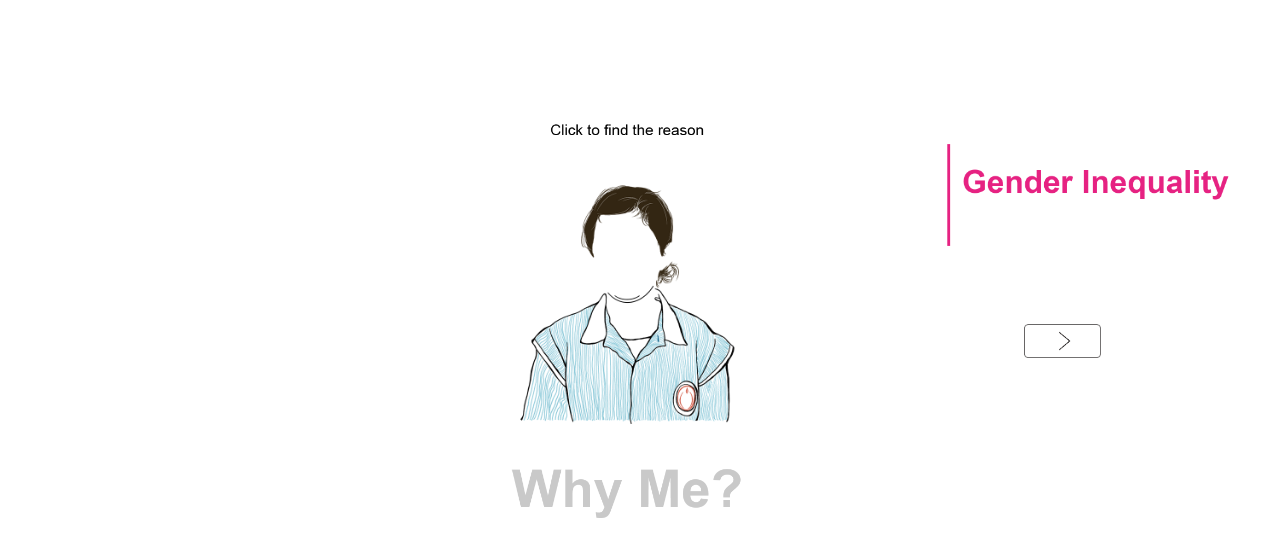
Repository: Lettie123/webpr4
Page: gen.html
The author's editor kept a copy of each file at every save. The page is drawn from the files as they stood at one save, then again after the next save.
The browser window is 1280 px wide. The pictures show the whole page.

Above is the page before, as saved 2020-12-03 01:08:06.

### gen.html
<html>
    <head>
        <meta charset="UTF-8">
        <meta name="viewport" content="width=device-width,initial-scale=1" />
        <meta name="viewport" content="width=device-width,initial-scale=1.0,maximum-scale=1.0,user-scalable=no">
        <link rel="stylesheet" type="text/css" href="style06.css">

    </head>

    <body>

            <div id="t1" style= "width:12%; position:absolute; top: 17%; left: 43%;">
                <img src="txt/find.png" style="width:100% ;position:absolute; top:0%; left:0%;" >
            </div>

        <div>
        </div>
        <div id="whymegirl" style="width:20%; position:absolute; top:25%; left:0%;">
            <span>
                <img src="po/14.png" style="width:100% ;" >
            </span>
        </div>
        <div id="whyme"style="width:18%; position:absolute; top:69%; left:49%;">
            <span>
                <img src="txt/whyme0.png" style="width:100% ;" >
            </span>
        </div>
        <div id="chatb" style="display:none; width:27%; position:absolute; top:10%; left:7%;  ">
            <img src="reason/cbox.png" style="width:100%;" >
        </div>

        <div id="others" onclick="change3()" style="display: none; width: 13%; position: absolute; top: 66%; left:13%;">
            <img src="txt/others.png" style="width:100%;" >
        </div>
        <div id="begain" onclick="change0()" style="width:6%; position:absolute; top:45%; left:80%;">
            <img src="img/right.png" style="width:100%;">
        </div>


        <div id="block" style="display: none;">
            <span>
                <div id="r01" style="display: none;">
                <img src="reason/gen01.png" style="width:40% ;position:absolute; top:40%; left:13%;" >
                </div>
            </span>
        </div>
        <div id="blockb" style="display: none;"></div>
        <div id="block3">

        </div>
        <div id="TXT">
        <div id="txt1" style="position:absolute; top:10%; left:7.5%; width:26%; display:none;">
            <img src="txt/cgen01.png" style="width:100%;" >
        </div>
        <div id="txt2" style="position:absolute; top:10%; left:7.5%; width:14%; display:none;">
            <img src="txt/cgen02.png" style="width:100%;" >
        </div>
        <div id="txt3" style="position:absolute; top:10%; left:7.5%; width:26%; display:none;">
            <img src="txt/cgen03.png" style="width:100%;" >
        </div>
        </div>


        <div id="lmap" style="display:none;">
            <img src="pepic/lmap.png" style="width:18%; position:absolute; top:28%; left:50%;" >
        </div>

        <div id="gs" style="display:none;">
            <img src="pepic/girl1.png" style="width:13%; position:absolute; top:33%; left:50%;" >
        </div>
        <div id="gs1"  style="display:none;">
            <img src="pepic/girl.gif" style="width:13%; position:absolute; top:33%; left:50%;" >
        </div>


        <div id="block2" style="display:none; position:absolute; top:40%; left:75%; width:20%;">
            <img src="txt/leblaw.png" style="width:100%;" >
        </div>

        <div id="line1" style="display:none;"></div>

        <div id="why" onclick="change1()" style="display: none; width: 13%; position: absolute; top: 50%; left:13%;">
                <img src="txt/whybu.png" style="width:100%;" >
        </div>


        <div id="lmap2">
        </div>
        <div id="map"  style="display:none;">
            <!-- <img src="pepic/map.png" style="width:78%; position:absolute; top:-6%; left:0%;" >  -->
            <img src="map/01.png" style="width:9%; position:absolute; top:7.5%; left:3%;" >
            <img src="map/02.png" style="width:9%; position:absolute; top:7.5%; left:11%;">
            <img src="map/03.png" style="width:9%; position:absolute; top:7.5%; left:19%;">
            <img src="map/04.png" style="width:9%; position:absolute; top:7.5%; left:27%;">
            <img src="map/05.png" style="width:9%; position:absolute; top:7.5%; left:36%;">
            <img src="map/06.png" style="width:9%; position:absolute; top:7.5%; left:44%;">
            <img src="map/07.png" style="width:9%; position:absolute; top:7.5%; left:53%;">
            <img src="map/08.png" style="width:9%; position:absolute; top:32%; left:3%;">
            <img src="map/09.png" style="width:9%; position:absolute; top:32%; left:11%;">
            <img src="map/10.png" style="width:9%; position:absolute; top:32%; left:19%;">
            <img src="map/11.png" style="width:9%; position:absolute; top:32%; left:27%;">
            <img src="map/12.png" style="width:9%; position:absolute; top:32%; left:36%;">
            <img src="map/13.png" style="width:9%; position:absolute; top:32%; left:45%;">
            <img src="map/14.png" style="width:9%; position:absolute; top:32%; left:53%;">
            <img src="map/15.png" style="width:9%; position:absolute; top:55%; left:3%;">
            <img src="map/16.png" style="width:9%; position:absolute; top:55%; left:11%;">
            <img src="map/17.png" style="width:9%; position:absolute; top:55%; left:19%;">
            <img src="map/18.png" style="width:9%; position:absolute; top:55%; left:27%;">
            <img src="map/19.png" style="width:9%; position:absolute; top:55%; left:36%;">
            <img src="map/20.png" style="width:9%; position:absolute; top:55%; left:45%;">
            <img src="map/21.png" style="width:9%; position:absolute; top:55%; left:53%;">
            <img src="map/22.png" style="width:9%; position:absolute; top:78%; left:3%;">
            <img src="map/23.png" style="width:9%; position:absolute; top:78%; left:12%;">
            <img src="map/24.png" style="width:9%; position:absolute; top:77%; left:19%;">
            <img src="map/25.png" style="width:9%; position:absolute; top:78%; left:27%;">
        </div>


        <div id="bcross1" style="display:none;">
            <div id="cross01"
            onmouseenter="document.getElementById('info01').style.display='block';"
            onmouseout="document.getElementById('info01').style.display='none';">
            <img src="pepic/crossa.png" style="width:5%; position:absolute; top:10%; left:7%;" >
            </div>
            <div id="cross02"
            onmouseenter="document.getElementById('info02').style.display='block';"
            onmouseout="document.getElementById('info02').style.display='none';">
            <img src="pepic/crossa.png" style="width:5%; position:absolute; top:10%; left:19%;" >
            </div>
            <div id="cross03"
            onmouseenter="document.getElementById('info03').style.display='block';"
            onmouseout="document.getElementById('info03').style.display='none';">
                <img src="pepic/crossa.png" style="width:5%; position:absolute; top:10%; left:31%;" >
            </div>
            <div id="cross04"
            onmouseenter="document.getElementById('info04').style.display='block';"
            onmouseout="document.getElementById('info04').style.display='none';">
                <img src="pepic/crossa.png" style="width:5%; position:absolute; top:10%; left:43%;" >
            </div>
            <div id="cross05"
            onmouseenter="document.getElementById('info05').style.display='block';"
            onmouseout="document.getElementById('info05').style.display='none';">
                <img src="pepic/crossa.png" style="width:5%; position:absolute; top:10%; left:55%;" >
            </div>
            <div id="cross06"
            onmouseenter="document.getElementById('info06').style.display='block';"
            onmouseout="document.getElementById('info06').style.display='none';">
                <img src="pepic/crossa.png" style="width:5%; position:absolute; top:10%; left:67%;" >
            </div>
            <div id="cross07"
            onmouseenter="document.getElementById('info07').style.display='block';"
            onmouseout="document.getElementById('info07').style.display='none';">
                <img src="pepic/crossa.png" style="width:5%; position:absolute; top:10%; left:79%;" >
            </div>
            <div id="cross08"
            onmouseenter="document.getElementById('info08').style.display='block';"
            onmouseout="document.getElementById('info08').style.display='none';">
                <img src="pepic/crossa.png" style="width:5%; position:absolute; top:36%; left:7%;" >
            </div>
            <div id="cross09"
            onmouseenter="document.getElementById('info09').style.display='block';"
            onmouseout="document.getElementById('info09').style.display='none';">
                <img src="pepic/crossa.png" style="width:5%; position:absolute; top:36%; left:19%;" >
            </div>
            <div id="cross10"
            onmouseenter="document.getElementById('info10').style.display='block';"
            onmouseout="document.getElementById('info10').style.display='none';">
                <img src="pepic/crossa.png" style="width:5%; position:absolute; top:36%; left:31%;" >
            </div>
            <div id="cross11"
            onmouseenter="document.getElementById('info11').style.display='block';"
            onmouseout="document.getElementById('info11').style.display='none';">
                <img src="pepic/crossa.png" style="width:5%; position:absolute; top:36%; left:43%;" >
            </div>
            <div id="cross12"
            onmouseenter="document.getElementById('info12').style.display='block';"
            onmouseout="document.getElementById('info12').style.display='none';">
                <img src="pepic/crossa.png" style="width:5%; position:absolute; top:36%; left:55%;" >
            </div>
            <div id="cross13"
            onmouseenter="document.getElementById('info13').style.display='block';"
            onmouseout="document.getElementById('info13').style.display='none';">
                <img src="pepic/crossa.png" style="width:5%; position:absolute; top:36%; left:67%;" >
            </div>

            <div id="cross14"
            onmouseenter="document.getElementById('info14').style.display='block';"
            onmouseout="document.getElementById('info14').style.display='none';">
            <img src="pepic/crossa.png" style="width:5%; position:absolute; top:36%; left:79%;" >
            </div>

            <div id="cross15"
            onmouseenter="document.getElementById('info15').style.display='block';"
            onmouseout="document.getElementById('info15').style.display='none';">
                <img src="pepic/crossa.png" style="width:5%; position:absolute; top:59%; left:7%;" >
            </div>
            <div id="cross16"
            onmouseenter="document.getElementById('info16').style.display='block';"
            onmouseout="document.getElementById('info16').style.display='none';">
                <img src="pepic/crossa.png" style="width:5%; position:absolute; top:59%; left:19%;" >
            </div>
            <div id="cross17"
            onmouseenter="document.getElementById('info17').style.display='block';"
            onmouseout="document.getElementById('info17').style.display='none';">
                <img src="pepic/crossa.png" style="width:5%; position:absolute; top:59%; left:31%;" >
            </div>
            <div id="cross18"
            onmouseenter="document.getElementById('info18').style.display='block';"
            onmouseout="document.getElementById('info18').style.display='none';">
                <img src="pepic/crossa.png" style="width:5%; position:absolute; top:59%; left:43%;" >
            </div>
            <div id="cross19"
            onmouseenter="document.getElementById('info19').style.display='block';"
            onmouseout="document.getElementById('info19').style.display='none';">
                <img src="pepic/crossa.png" style="width:5%; position:absolute; top:59%; left:55%;" >
            </div>
            <div id="cross20"
            onmouseenter="document.getElementById('info20').style.display='block';"
            onmouseout="document.getElementById('info20').style.display='none';">
                <img src="pepic/crossa.png" style="width:5%; position:absolute; top:59%; left:67%;" >
            </div>
            <div id="cross21"
            onmouseenter="document.getElementById('info21').style.display='block';"
            onmouseout="document.getElementById('info21').style.display='none';">
                <img src="pepic/crossa.png" style="width:5%; position:absolute; top:59%; left:79%;" >
            </div>
            <div id="cross22"
            onmouseenter="document.getElementById('info22').style.display='block';"
            onmouseout="document.getElementById('info22').style.display='none';">
                <img src="pepic/crossa.png" style="width:5%; position:absolute; top:82%; left:7%;" >
            </div>
            <div id="cross23"
            onmouseenter="document.getElementById('info23').style.display='block';"
            onmouseout="document.getElementById('info23').style.display='none';">
                <img src="pepic/crossa.png" style="width:5%; position:absolute; top:82%; left:19%;" >
            </div>
            <div id="cross24"
            onmouseenter="document.getElementById('info24').style.display='block';"
            onmouseout="document.getElementById('info24').style.display='none';">
                <img src="pepic/crossa.png" style="width:5%; position:absolute; top:82%; left:31%;" >
            </div>
            <div id="cross25"
            onmouseenter="document.getElementById('info25').style.display='block';"
            onmouseout="document.getElementById('info25').style.display='none';">
                <img src="pepic/crossa.png" style="width:5%; position:absolute; top:82%; left:43%;" >
            </div>
        </div>



        <div id="info" >
            <div id="info01" style="width:18%;position:absolute; top:12%; left:8.6%; display:none;" >
                <img src="info/01.png" style="width:100%;" >
            </div>
            <div id="info02" style="width:18%; position:absolute; top:12%; left:17%; display:none;" >
                <img src="info/02.png" style="width:100%;" >
            </div>
            <div id="info03" style="width:18%; position:absolute; top:12%; left:25%; display:none;" >
                <img src="info/03.png" style="width:100%;" >
            </div>
            <div id="info04" style="width:18%; position:absolute; top:12%; left:33%; display:none;" >
                <img src="info/04.png" style="width:100%;" >
            </div>
            <div id="info05" style="width:18%; position:absolute; top:12%; left:42%; display:none;" >
                <img src="info/05.png" style="width:100%;" >
            </div>
            <div id="info06" style="width:18%; position:absolute; top:12%; left:50%; display:none;" >
                <img src="info/06.png" style="width:100%;" >
            </div>
            <div id="info07" style="width:18%; position:absolute; top:12%; left:58%; display:none;" >
                <img src="info/07.png" style="width:100%;" >
            </div>
            <div id="info08" style="width:18%; position:absolute; top:38%; left:8.6%;display:none;" >
                <img src="info/08.png" style="width:100%;" >
            </div>
            <div id="info09" style="width:18%; position:absolute; top:38%; left:17%; display:none;" >
                <img src="info/09.png" style="width:100%;" >
            </div>
            <div id="info10" style="width:18%; position:absolute; top:38%; left:25%; display:none;" >
                <img src="info/10.png" style="width:100%;" >
            </div>
            <div id="info11" style="width:18%; position:absolute; top:38%; left:33%; display:none;" >
                <img src="info/11.png" style="width:100%;" >
            </div>
            <div id="info12" style="width:18%; position:absolute; top:38%; left:42%; display:none;" >
                <img src="info/12.png" style="width:100%;" >
            </div>
            <div id="info13" style="width:18%; position:absolute; top:38%; left:50%; display:none;" >
                <img src="info/13.png" style="width:100%;" >
            </div>
            <div id="info14" style="width:18%; position:absolute; top:38%; left:58%; display:none;" >
                <img src="info/14.png" style="width:100%;" >
            </div>
            <div id="info15" style="width:18%; position:absolute; top:61%; left:8.6%; display:none;" >
                <img src="info/15.png" style="width:100%;" >
            </div>
            <div id="info16" style="width:18%; position:absolute; top:61%; left:17%; display:none;" >
                <img src="info/16.png" style="width:100%;" >
            </div>
            <div id="info17" style="width:18%; position:absolute; top:61%; left:25%; display:none;" >
                <img src="info/17.png" style="width:100%;" >
            </div>
            <div id="info18" style="width:18%; position:absolute; top:61%; left:33%; display:none;" >
                <img src="info/18.png" style="width:100%;" >
            </div>
            <div id="info19" style="width:18%; position:absolute; top:61%; left:41%; display:none;" >
                <img src="info/19.png" style="width:100%;" >
            </div>
            <div id="info20" style="width:18%; position:absolute; top:61%; left:49%; display:none;" >
                <img src="info/20.png" style="width:100%;" >
            </div>
            <div id="info21" style="width:18%; position:absolute; top:61%; left:57%; display:none;" >
                <img src="info/21.png" style="width:100%;" >
            </div>
            <div id="info22" style="width:18%; position:absolute; top:84%; left:8.6%;display:none;" >
                <img src="info/22.png" style="width:100%;" >
            </div>
            <div id="info23" style="width:18%;  position:absolute; top:84%; left:17%; display:none;" >
                <img src="info/23.png" style="width:100%;" >
            </div>
            <div id="info24" style="width:18%; position:absolute; top:84%; left:25%; display:none;" >
                <img src="info/24.png" style="width:100%;" >
            </div>
            <div id="info25" style="width:18%; position:absolute; top:84%; left:33%; display:none;" >
                <img src="info/25.png" style="width:100%;" >
            </div>
        </div>

        <div id="gens01" style="width: 22%; position:absolute; top:13%; left:74%">
            <img src="txt/gens01.png" style="width:100%;" >
        </div>
        <div id="gens02" style="width: 22%; position:absolute; top:20%; left:74%">
            <img src="txt/gens0.png" style="width:100%;" >
        </div>

        <div id="gender01" style="display:none; width:30%; height:100%; top:45%; left:80%;" >

            <h2 style="font-size:16px; font-weight:normal; line-height: 20px; color: #ffffff; position:absolute; top:42%; left:16%; text-align: justify; ">
                Dincrimination in National laws
            </h2>
            <h3 style="font-size:16px; font-weight:normal; line-height: 24px; color: #ffffff; position:absolute; top:60%; left:15%; text-align: justify;  ">
                Discrimination on gender in nationality laws means not granting women equality with men in conferring nationality to their children.
            </h3>

            <h4 style="font-size:16px; font-style:italic;font-weight:normal; line-height: 24px; color: #ffffff; position:absolute; top:75%; left:15%; text-align: justify;  ">
                Hover on the maps to see the detail.
            </h4>
        </div>


        <div id="gender01b" style="display:none;" >
            <div id="line02"></div>
            <h1 style="font-size:36px; font-weight:bold; line-height: 20px; color: #E62281; position:absolute; top:34%; left:15%; ">
                Gender Inequality
            </h1>
            <h2 style="font-size:16px; font-weight:normal; line-height: 20px; color: #ffffff; position:absolute; top:42%; left:16%; text-align: justify; ">
                Dincrimination in National laws
            </h2>
            <h3 style="font-size:16px; font-weight:normal; line-height: 24px; color: #ffffff; position:absolute; top:60%; left:15%; text-align: justify;  ">
                Discrimination on gender in nationality laws means not granting women equality with men in conferring nationality to their children.
            </h3>
            <h4 style="font-size:16px; font-weight:normal; line-height: 24px; color: #ffffff; position:absolute; top:13%; left:15%; text-align: justify;  ">
                <span>25</span> countries have unequal national laws about conferring nationality.
            </h4>
            <h4 style="font-size:16px; font-style:italic;font-weight:normal; line-height: 24px; color: #ffffff; position:absolute; top:75%; left:15%; text-align: justify;  ">
                Hover on the maps to see the detail.
            </h4>
        </div>

        <div id="gender02"  style="display: none;" >
            <div id="line02"></div>
            <h1 style="font-size:30px; font-weight:bold; line-height: 20px; color: #E62281; position:absolute; top:34%; left:15%; ">
                Born Stateless Baby
            </h1>
            <h2 style="font-size:16px; font-weight:normal; line-height: 20px; color: #ffffff; position:absolute; top:42%; left:16%; text-align: justify; ">
                The gender inequality is the main cause of  born  stateless baby.
            </h2>
            <h3 style="font-size:16px; font-weight:normal; line-height: 24px; color: #ffffff; position:absolute; top:60%; left:15%; text-align: justify;  ">
                Over <span>7,000</span>stateless children born in the 20 major reported countries each year. A child born stateless every 10 minutes in the world.
            </h3>
            <h4 style="font-size:16px; font-weight:normal; line-height: 24px; color: #ffffff; position:absolute; top:13%; left:15%; text-align: justify;  ">
                <span>48%</span> of the stateless people were children in 2019
            </h4>
        </div>
            <div id="line1b" style="display: none;"></div>

            <div id="result"  style="display:none;"  onclick="change4()">
            <div style="position: absolute; top:18%; left:21%; width:260px; color:white"> Results?</div>
            <img src="img/down1.png" style="width:6%;position: absolute; top:32%; left:60% " >
            </div>

            <div id="children"  style="display:none;" >
                <img src="pepic/children.png" style="width:40%;" >
            </div>

            <div id="next"   style="display:none;" onclick="change5()">
            <div style="position: absolute; top:18%; left:30%; width:260px; color:white"> Next?</div>
            <img src="img/down1.png" style="width:6%;position: absolute; top:32%; left:60% " >
            </div>

            <!-- <div id="begain" onclick="change0()" >
                <img src="pepic/begain.png" style="width:20%; position: absolute; top:23%; left:60%;">
            </div>  -->

        <script>
            function change5(){
            window.location.href="dis.html";
            }
            function change4(){
            document.getElementById("map").style.display="none";
            document.getElementById("bcross1").style.display="none";
            document.getElementById("line1").style.display="none";
            document.getElementById("children").style.display="block";
            document.getElementById("gender01b").style.display="block";
            document.getElementById("gender01").style.display="none";
            document.getElementById("result").style.display="none";
            document.getElementById("gender02").style.display="block";
            document.getElementById("line1b").style.display="block";
            document.getElementById("next").style.display="block";
            }
            function change3(){
            document.getElementById("block2").style.display="none";
            document.getElementById("block").style.display="none";
            document.getElementById("blockb").style.display="block";
            document.getElementById("block3").style.WebkitAnimationPlayState = "running";
            document.getElementById("lmap").style.display="none";
            document.getElementById("gs1").style.display="none";
            document.getElementById("map").style.display="block";
            document.getElementById("result").style.display="block";
            document.getElementById("bcross1").style.display="block";
            document.getElementById("gender01").style.display="block";
            document.getElementById("line1").style.display="block";
            }

            function change2(){
            document.getElementById("r01").style.display="none";
            document.getElementById("lmap").style.display="block";
            document.getElementById("txt3").style.display="block";
            document.getElementById("txt2").style.display="none";
            document.getElementById("block2").style.display="block";
            document.getElementById("gs").style.display="none";
            document.getElementById("gs1").style.display="block";
            document.getElementById("why").style.display="none";
            document.getElementById("others").style.display="block";
            document.getElementById("why").onclick=change3;
            }
            function change1(){
            document.getElementById("r01").style.WebkitAnimationPlayState = "running";
            document.getElementById("txt2").style.display="block";
            document.getElementById("txt1").style.display="none";
            document.getElementById("gs").style.display="block";
            document.getElementById("why").onclick=change2;
            }
            function change0(){
            document.getElementById("whymegirl").style.WebkitAnimationPlayState = "running";
            document.getElementById("block").style.display="block";
            document.getElementById("chatb").style.display="block";
            document.getElementById("whyme").style.display="none";
            document.getElementById("r01").style.display="block";
            document.getElementById("txt1").style.display="block";
            document.getElementById("t1").style.display="none";
            document.getElementById("why").style.display="block";
            }
        </script>
    </body>

Loaded but not shown: style06.css (465 lines, source omitted)

After the next save:
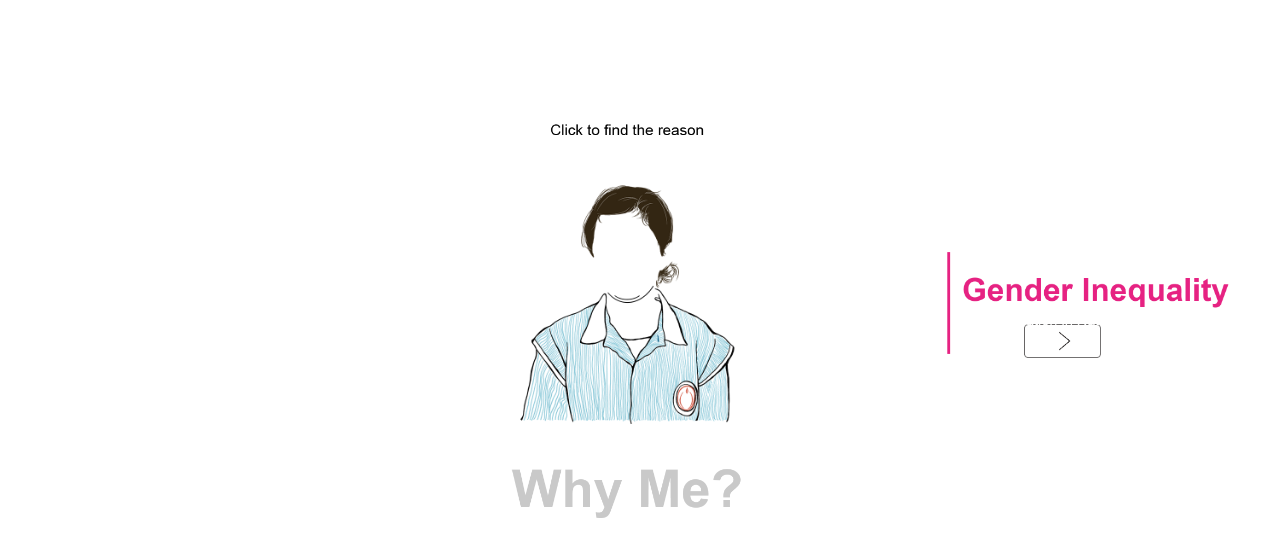
Saved 16 s later.
--- a/gen.html
+++ b/gen.html
@@ -329,7 +329,7 @@
         <div id="gens01" style="width: 22%; position:absolute; top:13%; left:74%">
             <img src="txt/gens01.png" style="width:100%;" >
         </div>
-        <div id="gens02" style="width: 22%; position:absolute; top:20%; left:74%">
+        <div id="gens02" style="width: 22%; position:absolute; top:35%; left:74%">
             <img src="txt/gens0.png" style="width:100%;" >
         </div>
 
